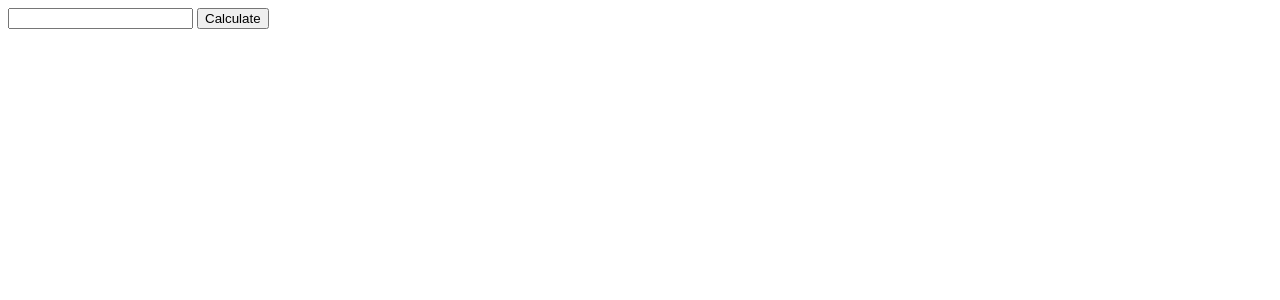
Repository: KHALIFASAID2020/Javascript-UDEMY-WEB
Page: index3.html
An editor plug-in stored every save of this project. The page is shown before and after the next save, followed by the edit.
The browser window is 1280 px wide. The pictures show the whole page.

Above is the page before, as saved 2019-10-22 00:05:34.

After the next save:
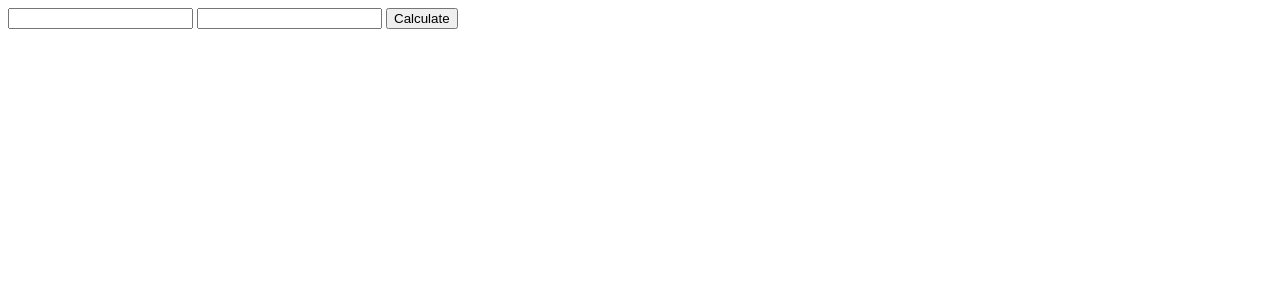
Saved 61 s later.
--- a/index3.html
+++ b/index3.html
@@ -7,13 +7,16 @@
     <script>
         function calc(){
           val1=  document.getElementById("val1").value;
-          document.write(val1);
+          val2=document.getElementById("val2").value;
+          document.write(val1*val2);
         }
     </script>
     <title>Document</title>
 </head>
 <body>
     <input type="text" id="val1">
+    <input type="text" id="val2">
+
     <button onClick="calc()">Calculate</button>
 </body>
 </html>
